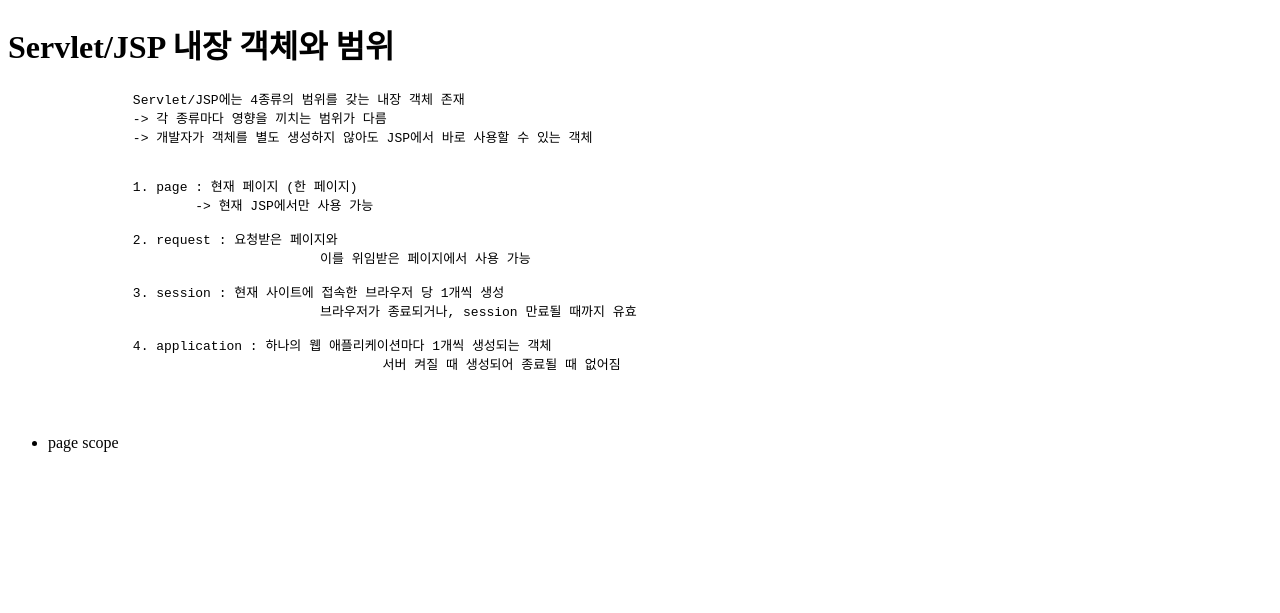
Repository: Rabsterd/6_Server
Page: http://localhost/JSPProject2/scope
An editor plug-in stored every save of this project. The page is shown before and after the next save, followed by the edit.
The browser window is 1280 px wide. The pictures show the whole page.
The page is served by Tomcat 9.

Above is the page before, as saved 2023-09-19 02:18:57.

After the next save:
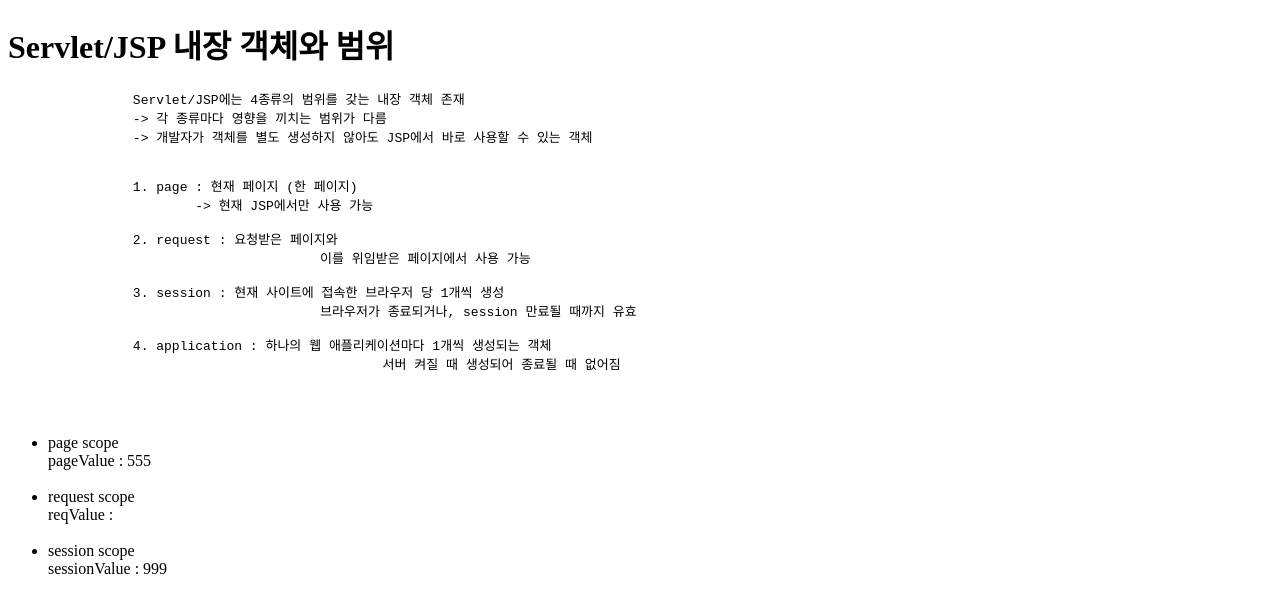
Saved 3 min 13 s later.
--- a/JSPProject2/src/main/webapp/WEB-INF/views/scope/scope.jsp
+++ b/JSPProject2/src/main/webapp/WEB-INF/views/scope/scope.jsp
@@ -38,6 +38,22 @@
 				// pageContext : page scope 객체
 				pageContext.setAttribute("pageValue", 555);
 			%>
+
+			pageValue : ${pageScope.pageValue}
+		</li>
+
+		<br>
+
+		<li>
+			request scope <br>
+			reqValue : ${requstScope.reqValue}
+		</li>
+
+		<br>
+
+		<li>
+			session scope <br>
+			sessionValue : ${sessionScope.sessionValue}
 		</li>
 	</ul>
 </body>
